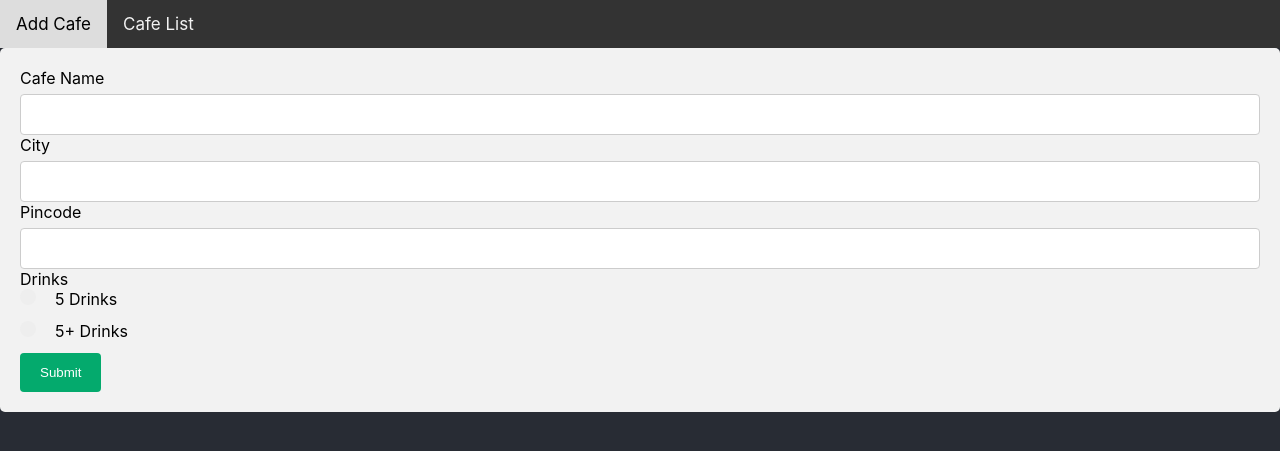
Repository: Surojd/project-cafe
Page: /add-cafe
These files come from the project's save history. The page is drawn as it stood at one moment and after the next save; the edit follows.
The browser window is 1280 px wide. The pictures show the whole page.
The page's requests for data from a server got no answer. The project was rebuilt for these pictures with package versions that can differ from the ones it lists, and the page was loaded fresh each time. No one was signed in, and anything a server would have sent is missing. Also part of the build but not shown: src/cafe/CafeList.js.

Above is the page before, as saved 2021-09-01 14:06:10.

### src/index.js
import React from 'react';
import ReactDOM from 'react-dom';
import './index.css';
import App from './App';
import reportWebVitals from './reportWebVitals';

import { BrowserRouter as Router } from 'react-router-dom';
ReactDOM.render(
  <React.StrictMode>
    <Router>
      <App />
    </Router>
  </React.StrictMode>,
  document.getElementById('root')
);

// If you want to start measuring performance in your app, pass a function
// to log results (for example: reportWebVitals(console.log))
// or send to an analytics endpoint. Learn more: https://bit.ly/CRA-vitals
reportWebVitals();

### src/index.css
body {
  background-color: #282c34;
  margin: 0;
  font-family: -apple-system, BlinkMacSystemFont, 'Segoe UI', 'Roboto', 'Oxygen',
    'Ubuntu', 'Cantarell', 'Fira Sans', 'Droid Sans', 'Helvetica Neue',
    sans-serif;
  -webkit-font-smoothing: antialiased;
  -moz-osx-font-smoothing: grayscale;
}

code {
  font-family: source-code-pro, Menlo, Monaco, Consolas, 'Courier New',
    monospace;
}

a{
  text-decoration: none;
}

### src/App.js
import { Link, Redirect, Route, Switch } from 'react-router-dom';
import './App.css';
import { AddCafe, CafeList } from './cafe';

const routes = [
  { path: '/add-cafe', component: AddCafe },
  { path: '/cafes', component: CafeList },
];
function App() {
  return (
    <div className="App">
      <header className="topnav">
        <Link to="/add-cafe">Add Cafe</Link>
        <Link to="/cafes">Cafe List</Link>
      </header>
      <div class="container">
        <Switch>
          <div>
            {
              routes.map(item => {
                return <Route  {...item} />
              })
            }
          </div>
        </Switch>
      </div>
    </div>
  );
}

export default App;

### src/App.css
/* Add a black background color to the top navigation */
.topnav {
  background-color: #333;
  overflow: hidden;
}

/* Style the links inside the navigation bar */
.topnav a {
  float: left;
  display: block;
  color: #f2f2f2;
  text-align: center;
  padding: 14px 16px;
  text-decoration: none;
  font-size: 17px;
}

/* Change the color of links on hover */
.topnav a:hover {
  background-color: #ddd;
  color: black;
}

/* Add an active class to highlight the current page */
.topnav a.active {
  background-color: #04AA6D;
  color: white;
}

/* Hide the link that should open and close the topnav on small screens */
.topnav .icon {
  display: none;
}

* {box-sizing: border-box;}

input[type=text],input[type=number], select, textarea {
  width: 100%;
  padding: 12px;
  border: 1px solid #ccc;
  border-radius: 4px;
  box-sizing: border-box;
  margin-top: 6px;
  resize: vertical;
}

input[type=submit] {
  background-color: #04AA6D;
  color: white;
  padding: 12px 20px;
  border: none;
  border-radius: 4px;
  cursor: pointer;
}

button[type=submit]:hover {
  background-color: #45a049;
}

.container {
  border-radius: 5px;
  background-color: #f2f2f2;
  padding: 20px;
}

/* Chrome, Safari, Edge, Opera */
input::-webkit-outer-spin-button,
input::-webkit-inner-spin-button {
  -webkit-appearance: none;
  margin: 0;
}

/* Firefox */
input[type=number] {
  -moz-appearance: textfield;
}


.radio-label{
  display: block;
  position: relative;
  padding-left: 35px;
  margin-bottom: 12px;
  cursor: pointer;
  -webkit-user-select: none;
  -moz-user-select: none;
  -ms-user-select: none;
  user-select: none;
}



/* Hide the browser's default radio button */
.radio-label input[type=radio] {
  position: absolute;
  opacity: 0;
  cursor: pointer;
}

/* Create a custom radio button */
.checkmark {
  position: absolute;
  top: 0;
  left: 0;
  height: 16px;
  width: 16px;
  background-color: #eee;
  border-radius: 50%;
}

/* On mouse-over, add a grey background color */
.radio-label:hover input[type=radio] ~ .checkmark {
  background-color: #ccc;
}

/* When the radio button is checked, add a blue background */
.radio-label input[type=radio]:checked ~ .checkmark {
  background-color: #2196F3;
}

/* Create the indicator (the dot/circle - hidden when not checked) */
.checkmark:after {
  content: "";
  position: absolute;
  display: none;
}

/* Show the indicator (dot/circle) when checked */
.radio-label input[type=radio]:checked ~ .checkmark:after {
  display: block;
}

/* Style the indicator (dot/circle) */
.radio-label .checkmark:after {
 	top: 5px;
	left: 5px;
	width: 6px;
	height: 6px;
	border-radius: 50%;
	background: white;
}

.error{
    color: red;
    padding: 0px;
    margin: 0px;
}

table{
  border-radius: 5px;
  font-size: 12px;
  font-weight: normal;
  border: none;
  border-collapse: collapse;
  width: 100%;
  max-width: 100%;
  white-space: nowrap;
}

table th{
  text-align: center;
  padding: 8px;
  color: #ffffff;
  background: #07315a;
}
table td{
  border-right: 1px solid #f8f8f8;
    font-size: 12px;
    text-align: center;
}
th:nth-child(odd) {
  background: #324960;
}

tr:nth-child(even) {
  background: #F8F8F8;
}

### src/cafe/index.js

export { default as AddCafe } from './AddCafe';
export { default as CafeList } from './CafeList';

### src/cafe/AddCafe.js
import React from 'react';
import { collection, addDoc } from "firebase/firestore";
import firestore from './firebase';

import { useFormik } from 'formik';
import * as Yup from 'yup';

export default function AddCafe() {

  const formik = useFormik({
    initialValues: {
      name: '',
      city: '',
      pincode: '',
      drinks: ''
    },
    validationSchema: Yup.object({
      name: Yup.string()
        .max(15, 'Must be 15 characters or less')
        .required('Required'),
      city: Yup.string()
        .max(20, 'Must be 20 characters or less')
        .required('Required'),
      pincode: Yup.number().required('Required'),
      drinks: Yup.string().required('Required'),
    }),
    onSubmit: async (data, { resetForm }) => {
      try {
        const docRef = await addDoc(collection(firestore, "cafes"), data);
        alert("Cafe Added Successfully. ID : " + docRef.id);
        resetForm()
      } catch (e) {
        alert("Error adding cafe. something went wrong. ");
      }
    },
  });

  return (
    <form onSubmit={formik.handleSubmit}>
      <label htmlFor="name">Cafe Name</label>
      <input
        id="name"
        type='text'
        {...formik.getFieldProps('name')}
      />
      {formik.touched.name && formik.errors.name ? (
        <div className="error">{formik.errors.name}</div>
      ) : null}

      <label htmlFor="city">City</label>
      <input
        id="city"
        type='text'
        {...formik.getFieldProps('city')}
      />
      {formik.touched.city && formik.errors.city ? (
        <div className="error">{formik.errors.city}</div>
      ) : null}

      <label htmlFor="pincode">Pincode</label>
      <input
        id="pincode"
        type='number'
        {...formik.getFieldProps('pincode')}
      />
      {formik.touched.pincode && formik.errors.pincode ? (
        <div className="error">{formik.errors.pincode}</div>
      ) : null}
      <label>Drinks</label>
      <label class="radio-label">5 Drinks
        <input
          type='radio'
          {...formik.getFieldProps('drinks')}
          value="5 Drinks"
        />
        <span class="checkmark"></span>
      </label>
      <label class="radio-label">5+ Drinks
        <input
          type='radio'
          {...formik.getFieldProps('drinks')}
          value="5+ Drinks"
        />
        <span class="checkmark"></span>
      </label>
      {formik.errors.drinks ? (
        <div className="error">{formik.errors.drinks}</div>
      ) : null}
      <input type="submit" value="Submit" />
    </form>);
}

### src/cafe/firebase.js
import { initializeApp } from 'firebase/app'
import { enableIndexedDbPersistence, initializeFirestore, CACHE_SIZE_UNLIMITED } from 'firebase/firestore'
import { getAnalytics } from "firebase/analytics";


const firebaseApp = initializeApp({
  apiKey: "AIzaSyBF1CMLc0WfG_majkcPFVm9eU-DCqGW9BM",
  authDomain: "project-cafe-d8aca.firebaseapp.com",
  projectId: "project-cafe-d8aca",
  storageBucket: "project-cafe-d8aca.appspot.com",
  messagingSenderId: "531282317018",
  appId: "1:531282317018:web:25d8fc0f088be0c68d5fe3",
  measurementId: "G-GNS7C6HN2Y"
});
const firestore = initializeFirestore(firebaseApp, {
  cacheSizeBytes: CACHE_SIZE_UNLIMITED
});

enableIndexedDbPersistence(firestore)
  .catch((err) => {
    if (err.code === 'failed-precondition') {
      console.log('Multiple tabs open, persistence can only be enabled in one tab at a a time.');
    } else if (err.code === 'unimplemented') {
      console.log('The current browser does not support all of the features required to enable persistence.');
    }
  });
export default firestore;
const analytics = getAnalytics(firebaseApp);

Loaded but not shown: public/index.html (common file); src/reportWebVitals.js (common file)

After the next save:
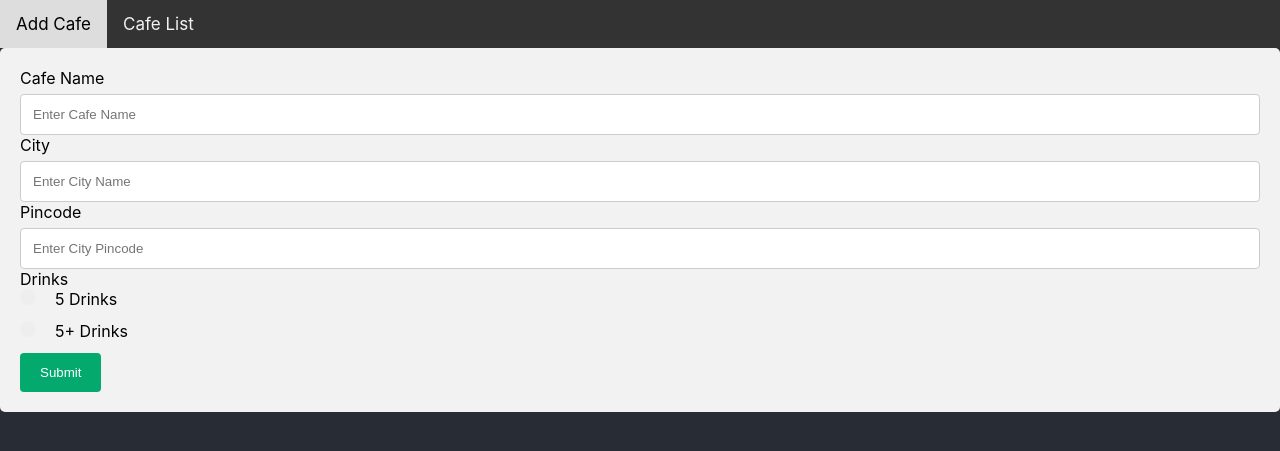
Saved 30 min 36 s later.
--- a/src/cafe/AddCafe.js
+++ b/src/cafe/AddCafe.js
@@ -41,6 +41,7 @@ export default function AddCafe() {
       <input
         id="name"
         type='text'
+        placeholder='Enter Cafe Name'
         {...formik.getFieldProps('name')}
       />
       {formik.touched.name && formik.errors.name ? (
@@ -51,6 +52,7 @@ export default function AddCafe() {
       <input
         id="city"
         type='text'
+        placeholder='Enter City Name'
         {...formik.getFieldProps('city')}
       />
       {formik.touched.city && formik.errors.city ? (
@@ -61,6 +63,7 @@ export default function AddCafe() {
       <input
         id="pincode"
         type='number'
+        placeholder='Enter City Pincode'
         {...formik.getFieldProps('pincode')}
       />
       {formik.touched.pincode && formik.errors.pincode ? (
